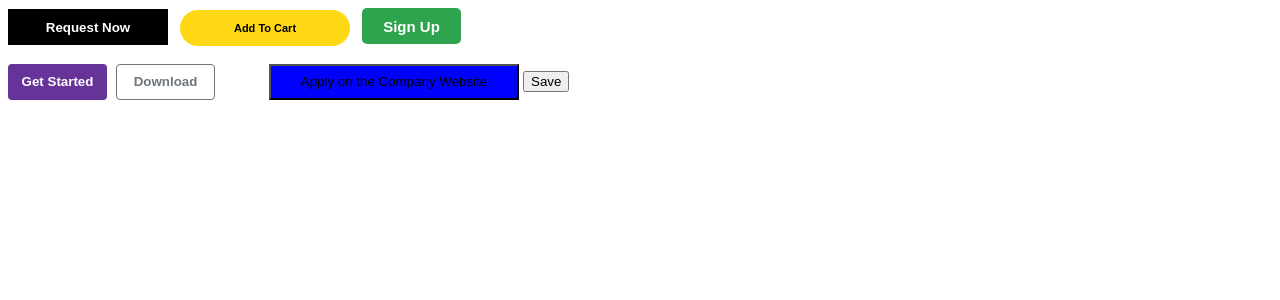
Repository: RagulRanjeeth/Frontend
Page: ButtonsExercise.html
The author's editor kept a copy of each file at every save. The page is drawn from the files as they stood at one save, then again after the next save.
The browser window is 1280 px wide. The pictures show the whole page.

Above is the page before, as saved 2026-01-19 13:44:24.

### ButtonsExercise.html
<style>
.Uber{
   background-color: black;
   color: white;
   height: 36px;
   width: 160px;
   font-weight: bold;
   border: none;
   margin-right: 8px;
}

.amazon{
    background-color: rgba(255, 216, 20);
    color: black;
    height: 36px;
    width: 170px;
    font-weight:bold;
    font-size: 11px;
    border:none;
    border-radius: 18px;
}

.gitHub{
    background-color: rgba(46, 164, 79);
    height:36px;
    width: 99px;
    color: white;
    border: none;
    border-radius: 5px;
    font-weight: bold;
    font-size: 15px;
    margin-left: 8px;
}

.Bootstrap{
    background-color: rebeccapurple;
    height: 36px;
    width: 99px;
    color: white;
    font-weight: bold;
    border: none;
    border-radius: 4px;
    margin-right: 5px;
}

.BootstrapDownload{
    background-color: white;
    height: 36px;
    width: 99px;
    color: rgb(108, 117, 125);
    font-weight: bold;
    border-width: 1px;
    border-style: solid;
    border-color: rgb(108, 117, 125);
    border-radius: 4px;
    margin-right: 50px;
}

.LinkedINAppling{
    Background-color: blue;
    height: 36px;
    width: 250px;
    color: wwhite;

}
</style>


<button class="Uber">
    Request Now
</button>

<button class="amazon">
    Add To Cart
</button>

<button class="gitHub">
    Sign Up
</button>

<br>
<br>


<button class="Bootstrap">
    Get Started
</button>

<button class="BootstrapDownload">
    Download
</button>




<button class="LinkedINAppling">
   Apply on the Company Website
</button>


<button class="LinkedINsave">
   Save
</button>

After the next save:
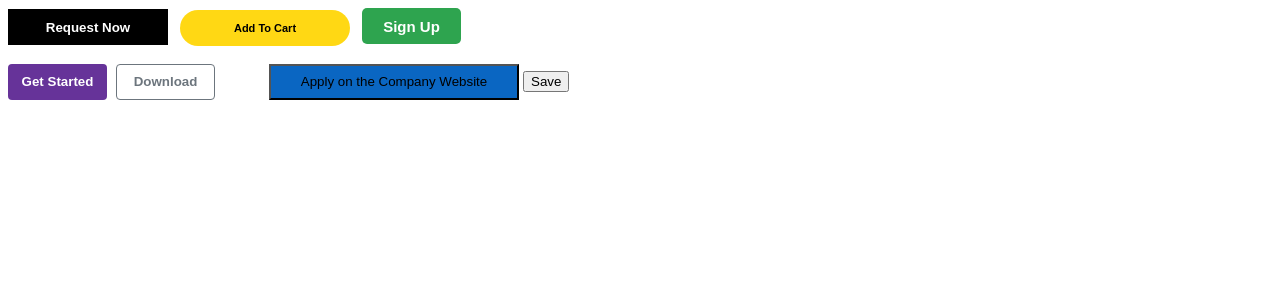
Saved 34 s later.
--- a/ButtonsExercise.html
+++ b/ButtonsExercise.html
@@ -57,7 +57,7 @@
 }
 
 .LinkedINAppling{
-    Background-color: blue;
+    Background-color: rgb(10, 102, 194);
     height: 36px;
     width: 250px;
     color: wwhite;
